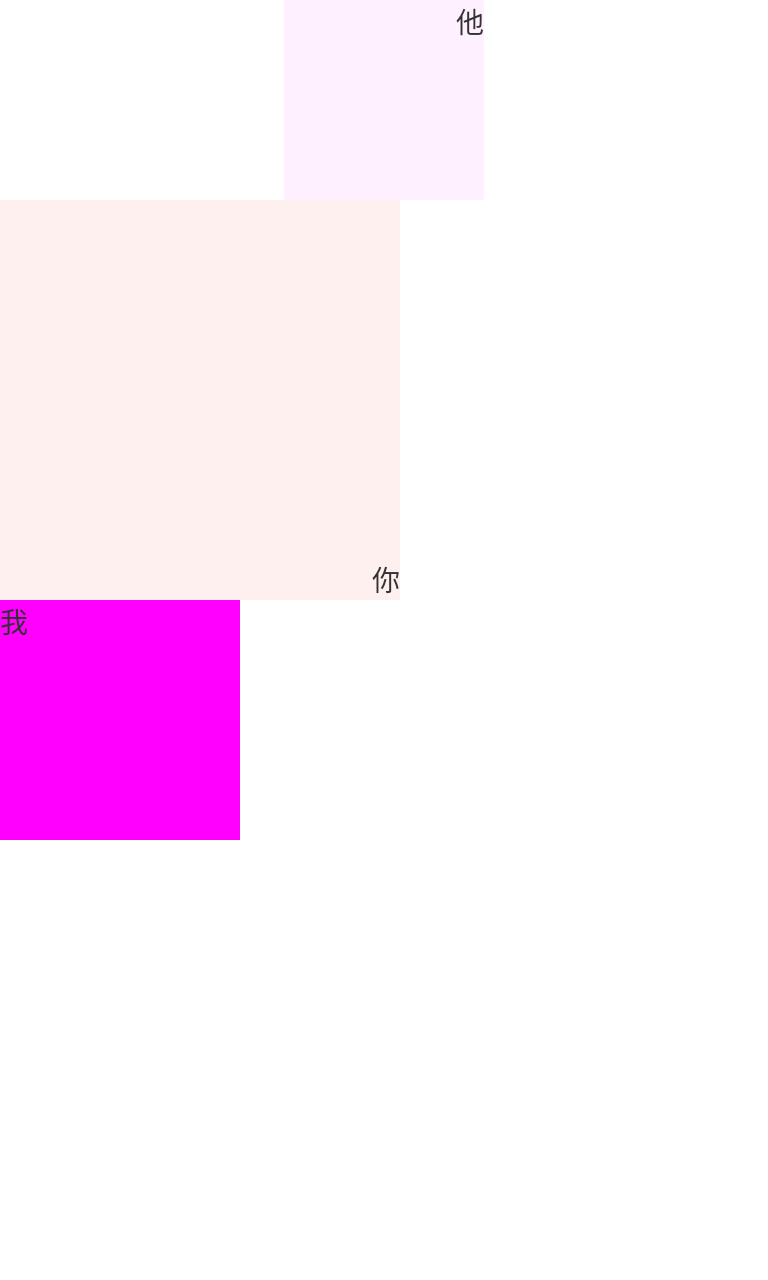
Repository: ling-cen/demo
Layout: Gravity_2/res/layout/activity_linearlayout.xml
The author's editor kept a copy of each file at every save. The layout is drawn from the files as they stood at one save, then again after the next save.
It is drawn on a 768 x 1280 px phone screen (xhdpi) without system bars, with theme AppTheme; the app's code is not run.

Above is the layout before, as saved 2018-12-12 03:41:32.

After the next save:
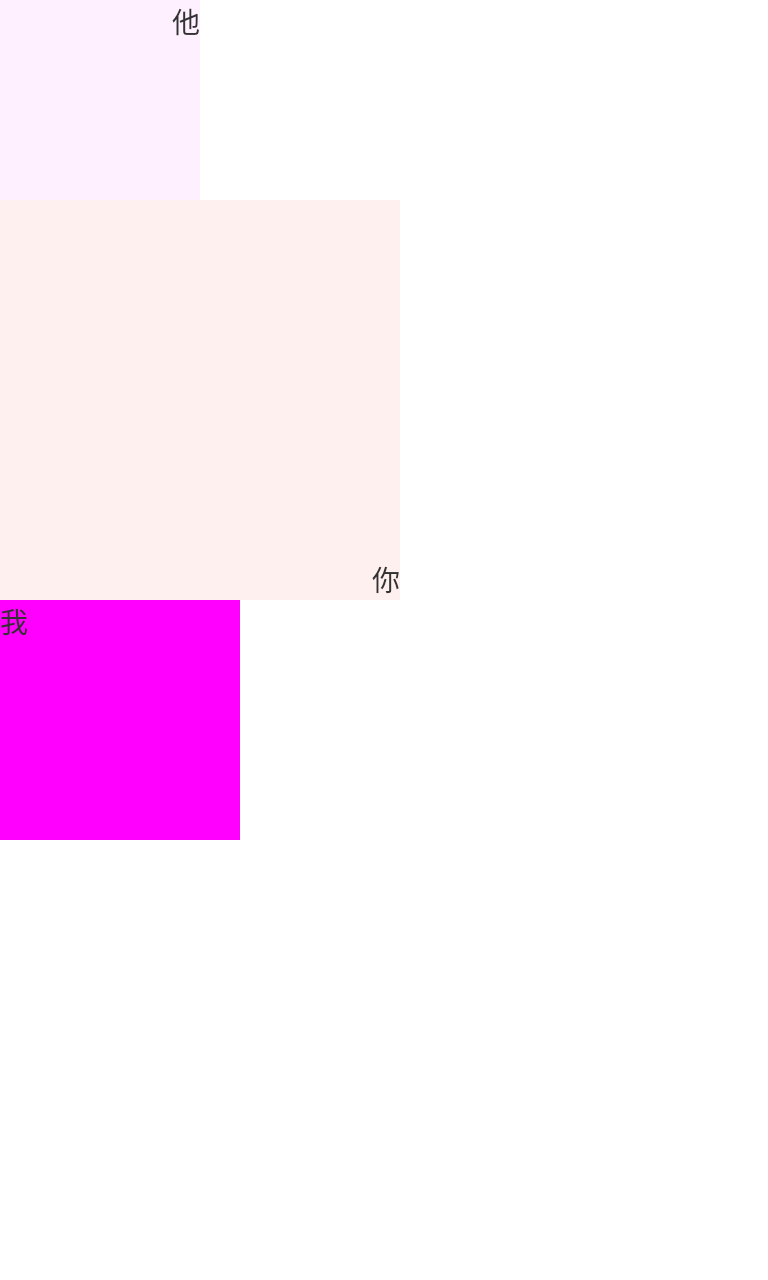
Saved 20 s later.
--- a/Gravity_2/res/layout/activity_linearlayout.xml
+++ b/Gravity_2/res/layout/activity_linearlayout.xml
@@ -10,8 +10,7 @@
         android:background="#fff0ff"
         android:gravity="top|right"
         android:layout_gravity="left"
-        android:text="他"
-        android:layout_gravity="center"/>
+        android:text="他"/>
     <TextView android:layout_width="200dp"
         android:layout_height="200dp"
         android:layout_gravity="bottom"
